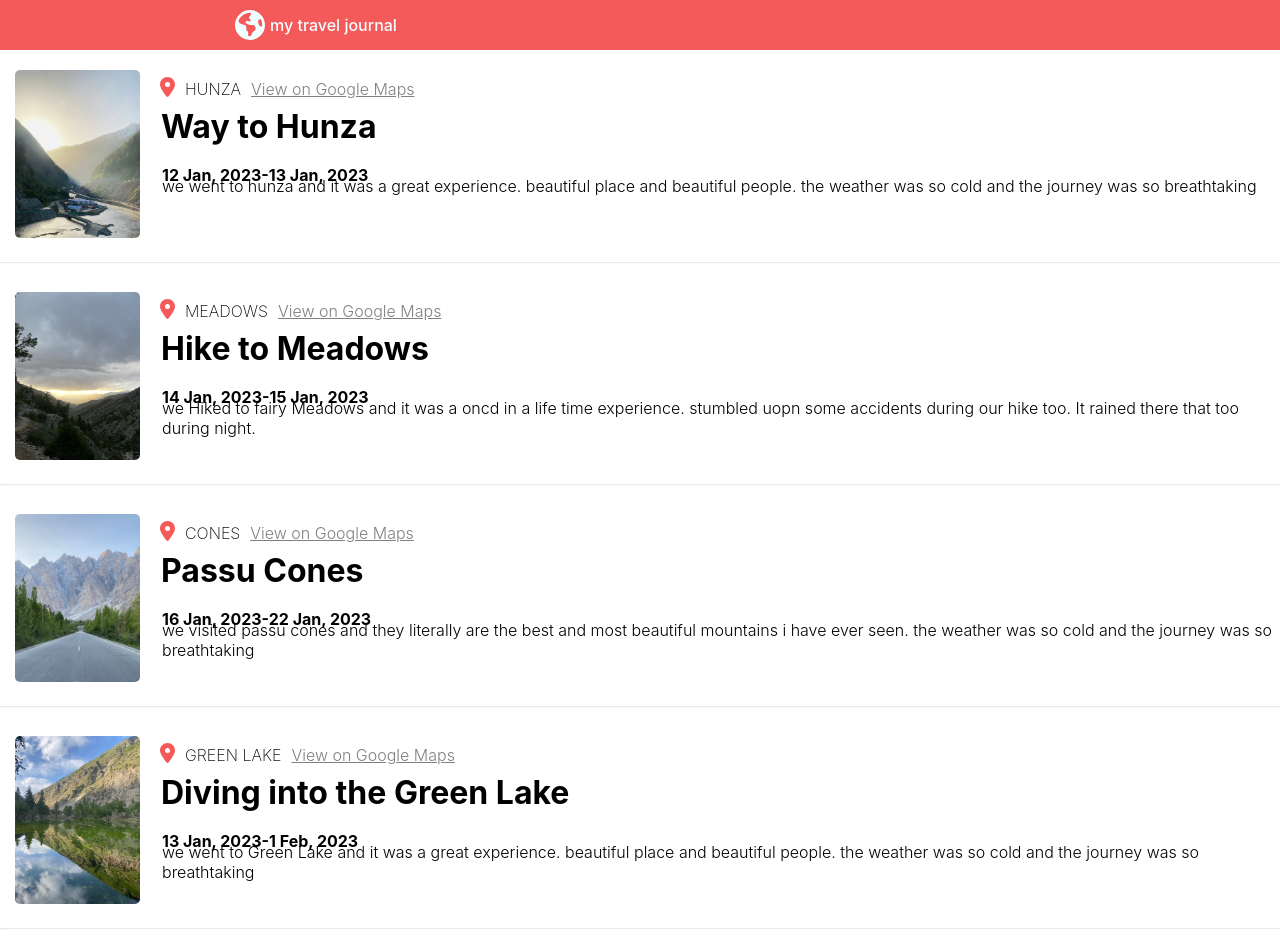
Repository: mortiestmorty1/travel-journal
Page: /
An editor plug-in stored every save of this project. The page is shown before and after the next save, followed by the edit.
The browser window is 1280 px wide. The pictures show the whole page.
The project was rebuilt for these pictures with package versions that can differ from the ones it lists, and the page was loaded fresh each time.

Above is the page before, as saved 2024-01-17 15:56:21.

After the next save:
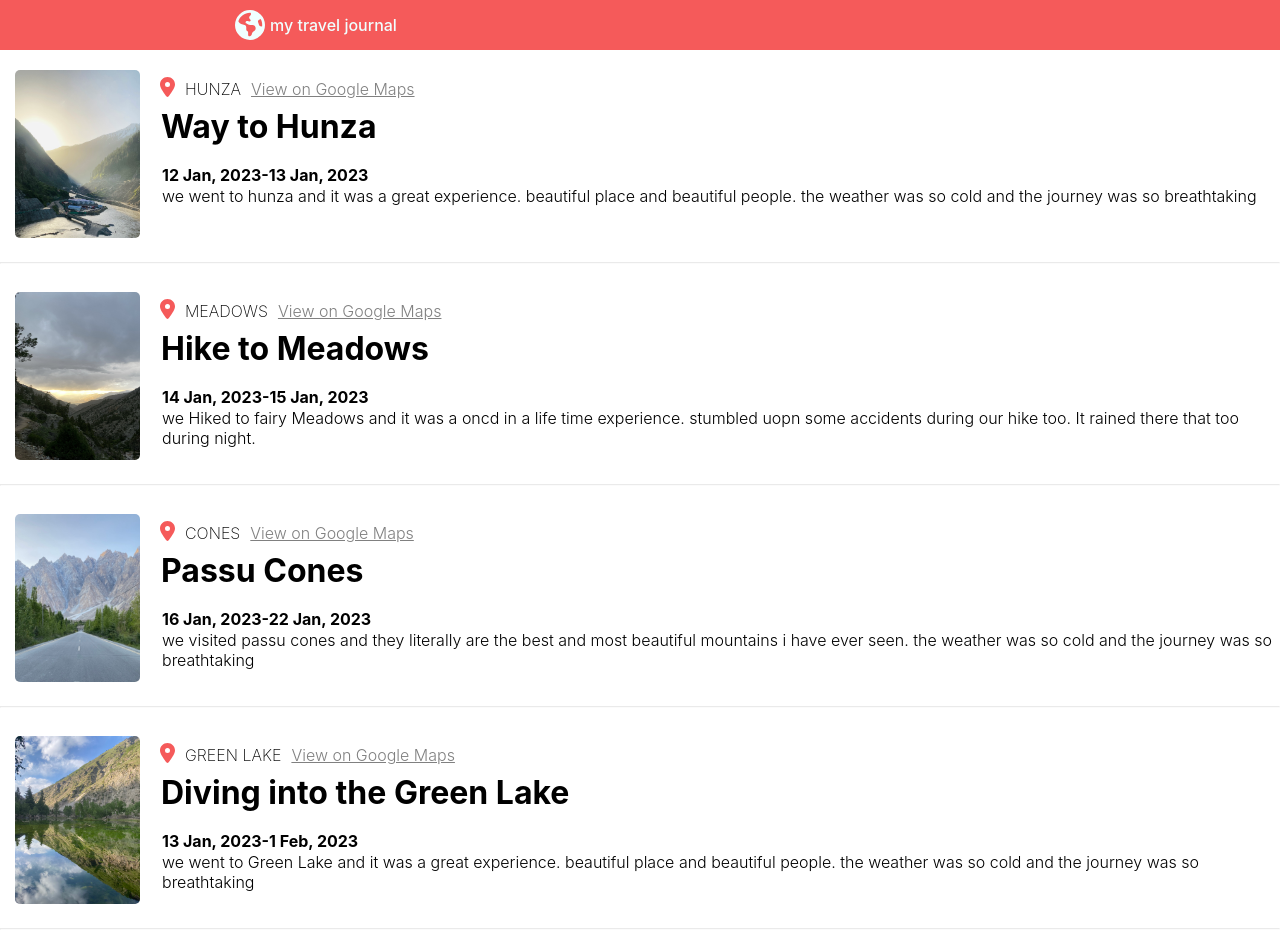
Saved 32 s later.
--- a/src/App.css
+++ b/src/App.css
@@ -72,7 +72,7 @@
 .description{
   position: absolute;
   left: 162px;
-  top: 110px;
+  top: 120px;
   margin-right: 5px;
   font-weight: 300;
 }
